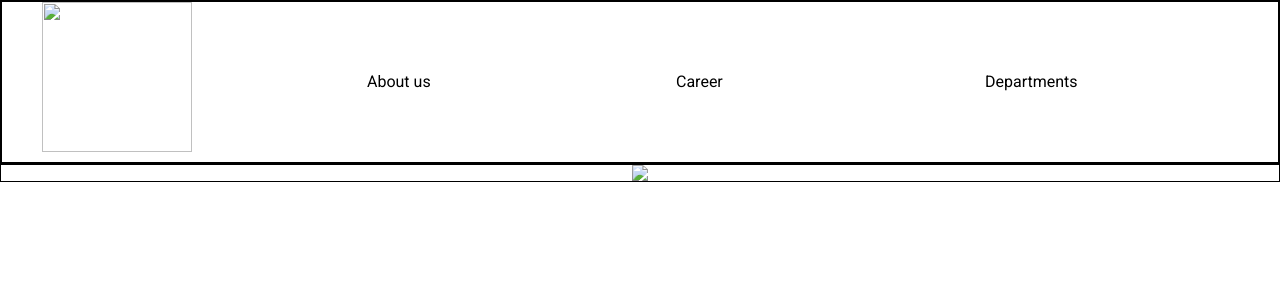
Repository: Hassanine-jaouadi/docplanner
Page: doc-panner.html
An editor plug-in stored every save of this project. The page is shown before and after the next save, followed by the edit.
The browser window is 1280 px wide. The pictures show the whole page.
Some web libraries are served in a nearby version.

Above is the page before, as saved 2020-01-17 09:38:36.

After the next save:
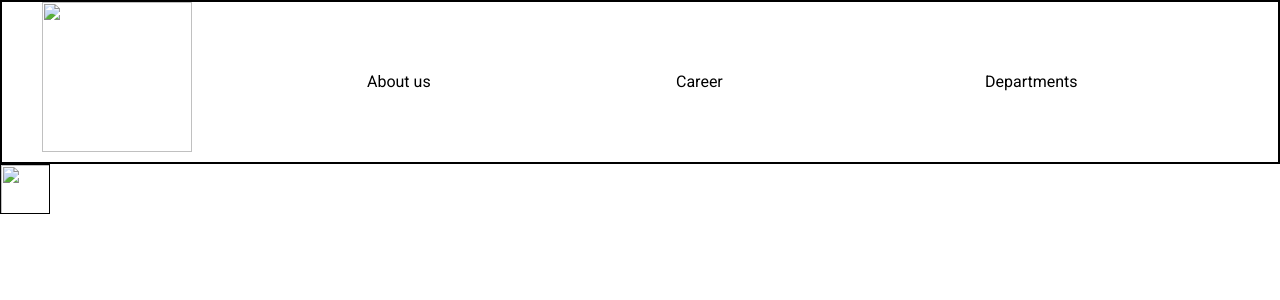
Saved 18 s later.
--- a/style.css
+++ b/style.css
@@ -55,8 +55,9 @@ html,body
 
  .logo-under-nav {
      display: flex;
-     width: 100%;
+
      justify-items: center;
      border: 1px solid black;
-
+     width: 50px;
+     height: 50px;
  }
